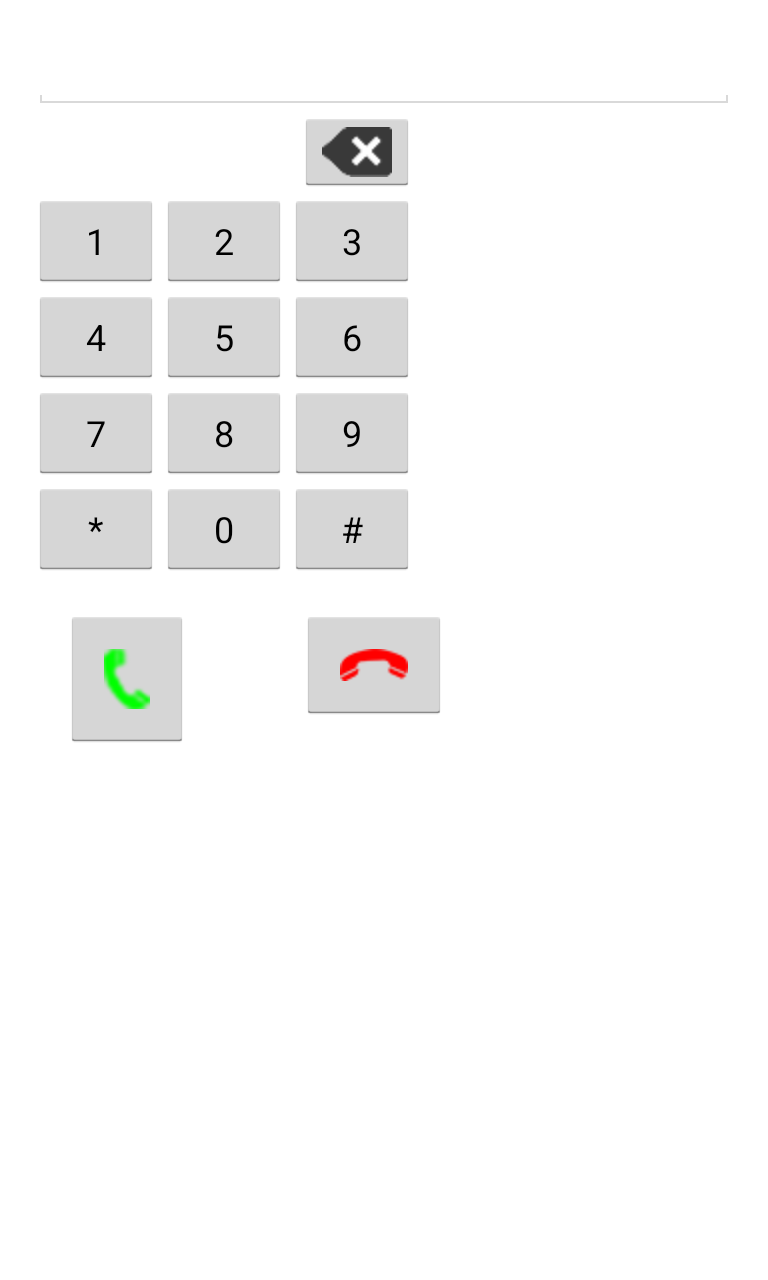
Repository: andreeastoican/Laborator03
Layout: PhoneDialer/res/layout/activity_phone_dialer.xml
An editor plug-in stored every save of this project. The layout is shown before and after the next save, followed by the edit.
It is drawn on a 768 x 1280 px phone screen (xhdpi) without system bars, with theme AppTheme; the app's code is not run.

Above is the layout before, as saved 2015-03-10 10:04:13.

### PhoneDialer/res/layout/activity_phone_dialer.xml
<LinearLayout xmlns:android="http://schemas.android.com/apk/res/android"
    xmlns:tools="http://schemas.android.com/tools"
    android:layout_width="match_parent"
    android:layout_height="match_parent"
    android:paddingBottom="@dimen/activity_vertical_margin"
    android:paddingLeft="@dimen/activity_horizontal_margin"
    android:paddingRight="@dimen/activity_horizontal_margin"
    android:paddingTop="@dimen/activity_vertical_margin"
    android:orientation="vertical"
    tools:context="ro.pub.cs.systems.pdsd.lab03.phonedialer.PhoneDialerActivity" >

    <EditText
        android:id="@+id/id_edit_text"
		android:layout_width="fill_parent"
	    android:layout_height="wrap_content"
	    android:ems="10"
	    android:inputType="text"
	    android:enabled="false"
        />

    <GridLayout
	    android:id="@+id/GridLayout1"
	    android:layout_width="wrap_content"
	    android:layout_height="wrap_content"
	    tools:context=".GridXMLActivity"
	    android:rowCount="6"
	    android:columnCount="3" >

        <ImageButton
        android:id="@+id/id_img_button"
        android:layout_width="wrap_content"
        android:layout_height="wrap_content"
        android:src="@drawable/backspace"
        android:layout_below="@id/id_edit_text"
        android:layout_alignParentRight="true"
        android:layout_gravity="right"
		android:layout_columnSpan="3"
    	/>

        <Button
			    android:id="@+id/id1"
		    android:layout_width="wrap_content"
	        android:layout_height="wrap_content"
	        android:text="1"
		    />
		<Button
		    android:id="@+id/id2"
		    android:layout_width="wrap_content"
	        android:layout_height="wrap_content"
	        android:text="2"
		    />
		<Button
		    android:id="@+id/id3"
		    android:layout_width="wrap_content"
	        android:layout_height="wrap_content"
	        android:text="3"
		    />
		<Button
		    android:id="@+id/id4"
		    android:layout_width="wrap_content"
	        android:layout_height="wrap_content"
	        android:text="4"
		    />
		<Button
		    android:id="@+id/id5"
		    android:layout_width="wrap_content"
	        android:layout_height="wrap_content"
	        android:text="5"
		    />
		<Button
		    android:id="@+id/id6"
		    android:layout_width="wrap_content"
	        android:layout_height="wrap_content"
	        android:text="6"
		    />

		<Button
		    android:id="@+id/id7"
		    android:layout_width="wrap_content"
	        android:layout_height="wrap_content"
	        android:text="7"
		    />
		<Button
		    android:id="@+id/id8"
		    android:layout_width="wrap_content"
	        android:layout_height="wrap_content"
	        android:text="8"
		    />
		<Button
		    android:id="@+id/id9"
		    android:layout_width="wrap_content"
	        android:layout_height="wrap_content"
	        android:text="9"
		    />

		<Button
		    android:id="@+id/id10"
		    android:layout_width="wrap_content"
	        android:layout_height="wrap_content"
	        android:text="*"
		    />
		<Button
		    android:id="@+id/id0"
		    android:layout_width="wrap_content"
	        android:layout_height="wrap_content"
	        android:text="0"
		    />
		<Button
		    android:id="@+id/id11"
		    android:layout_width="wrap_content"
	        android:layout_height="wrap_content"
	        android:text="#"
		    />
    </GridLayout>



	<RelativeLayout

	  android:layout_width="wrap_content"
	  android:layout_height="wrap_content"
	  android:paddingBottom="@dimen/activity_vertical_margin"
	  android:paddingLeft="@dimen/activity_horizontal_margin"
	  android:paddingRight="@dimen/activity_horizontal_margin"
	  android:paddingTop="@dimen/activity_vertical_margin"
	  android:orientation="horizontal">

		<ImageButton
		    android:id="@+id/img_on"
		    android:layout_width="wrap_content"
	        android:layout_height="wrap_content"
	        android:src="@drawable/call"
	        android:padding="20dp"
		    />

		<ImageButton
		    android:id="@+id/img_off"
		    android:layout_width="wrap_content"
	        android:layout_height="wrap_content"
	        android:text="#"
	        android:layout_toRightOf="@id/img_on"
	        android:padding="20dp"
	        android:layout_marginLeft="55dp"
	        android:src="@drawable/hangup"
		    />
	</RelativeLayout>"

</LinearLayout>

Loaded but not shown: PhoneDialer/res/values/styles.xml (common file); PhoneDialer/res/values-v11/styles.xml (common file); PhoneDialer/res/values-v14/styles.xml (common file); PhoneDialer/res/values/dimens.xml (common file); PhoneDialer/res/values-w820dp/dimens.xml (common file)

After the next save:
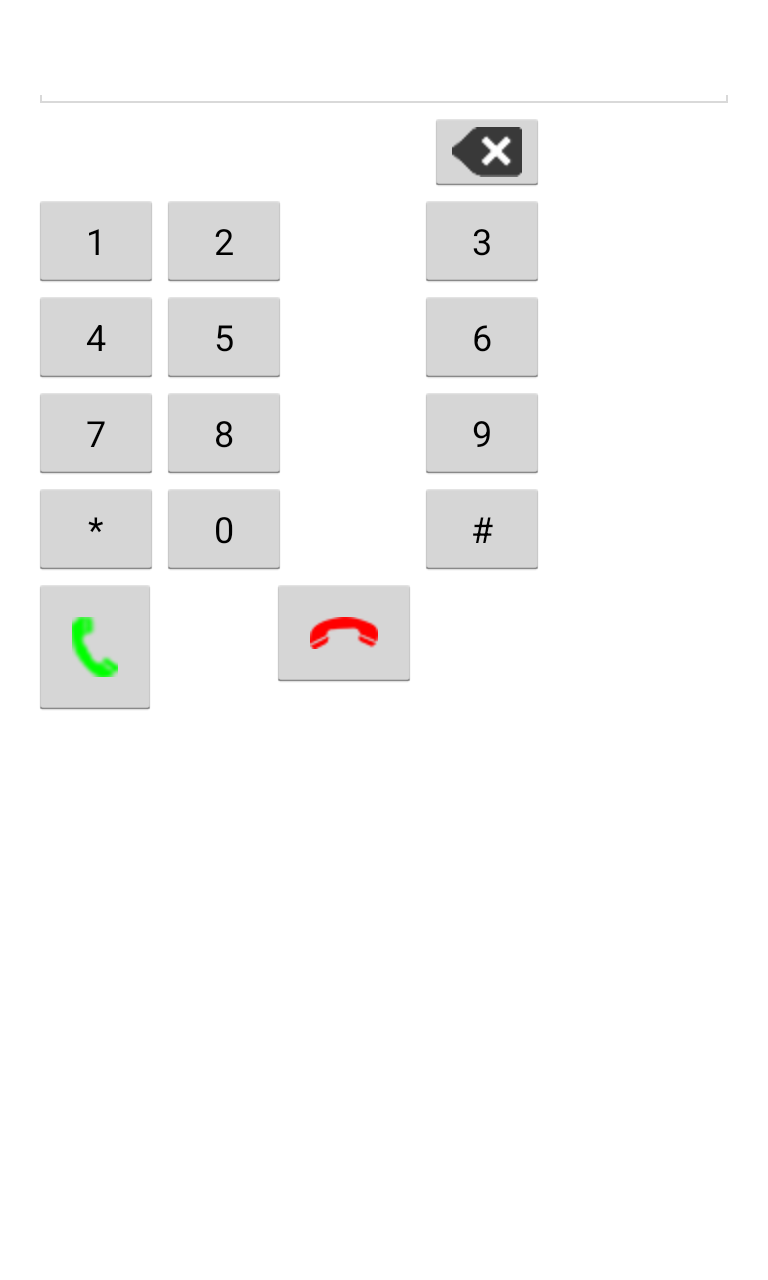
Saved 20 s later.
--- a/PhoneDialer/res/layout/activity_phone_dialer.xml
+++ b/PhoneDialer/res/layout/activity_phone_dialer.xml
@@ -111,19 +111,6 @@
 	        android:layout_height="wrap_content"
 	        android:text="#"
 		    />
-    </GridLayout>
-
-
-
-	<RelativeLayout
-
-	  android:layout_width="wrap_content"
-	  android:layout_height="wrap_content"
-	  android:paddingBottom="@dimen/activity_vertical_margin"
-	  android:paddingLeft="@dimen/activity_horizontal_margin"
-	  android:paddingRight="@dimen/activity_horizontal_margin"
-	  android:paddingTop="@dimen/activity_vertical_margin"
-	  android:orientation="horizontal">
 
 		<ImageButton
 		    android:id="@+id/img_on"
@@ -143,6 +130,7 @@
 	        android:layout_marginLeft="55dp"
 	        android:src="@drawable/hangup"
 		    />
-	</RelativeLayout>"
+    </GridLayout>
+    "
 
 </LinearLayout>
